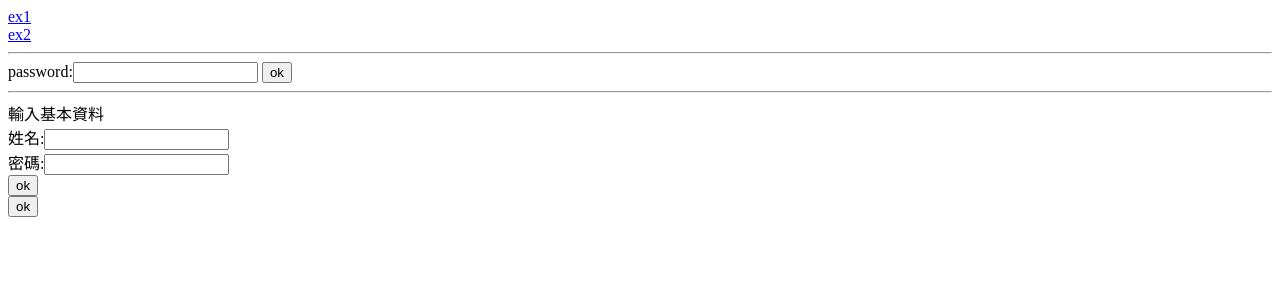
Repository: jtlai0921/javaweb1108
Page: javawebex/WebContent/servletEX/exam.html
An editor plug-in stored every save of this project. The page is shown before and after the next save, followed by the edit.
The browser window is 1280 px wide. The pictures show the whole page.

Above is the page before, as saved 2020-11-15 06:46:41.

After the next save:
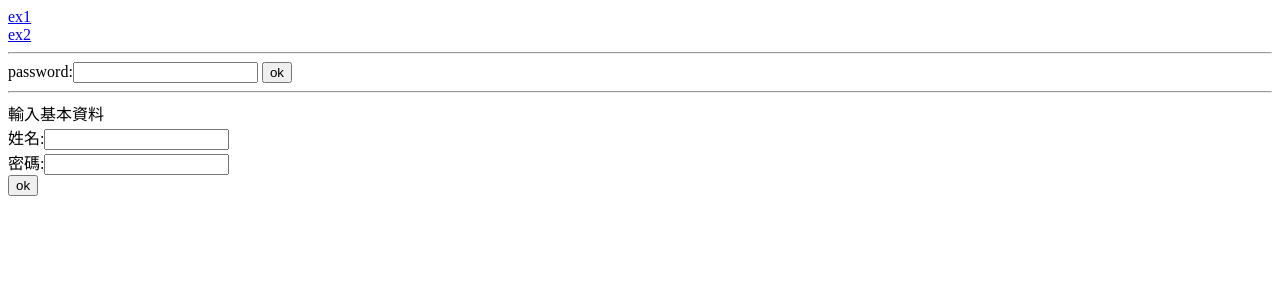
Saved 35 s later.
--- a/javawebex/WebContent/servletEX/exam.html
+++ b/javawebex/WebContent/servletEX/exam.html
@@ -19,6 +19,5 @@ password:<input type="password" name="password">
 	密碼:<input type="password" name="password"><br>
 	<input type="submit" value="ok">
 </form>
-<input type="submit" value="ok">
 </body>
 </html>
